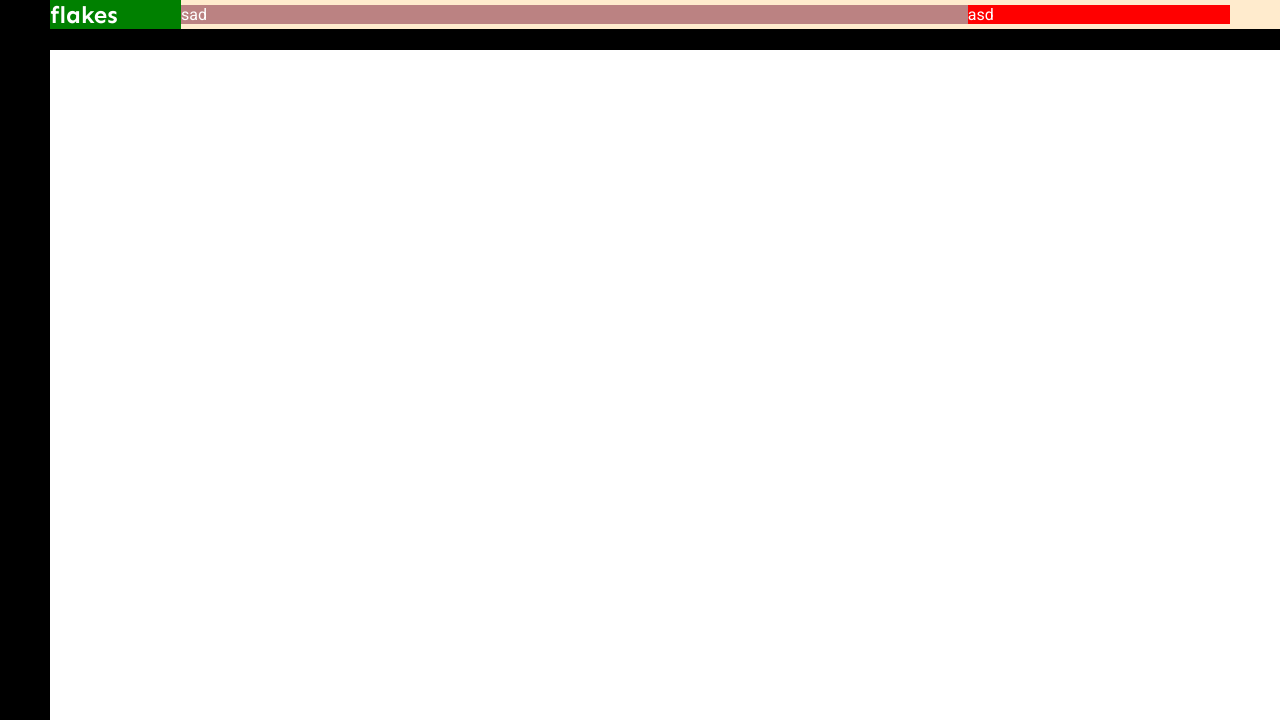
Repository: JulyK9/Movie-Website
Page: index.html
The author's editor kept a copy of each file at every save. The page is drawn from the files as they stood at one save, then again after the next save.
The browser window is 1280 px wide. The pictures show the whole page.

Above is the page before, as saved 2022-07-03 00:35:57.

After the next save:
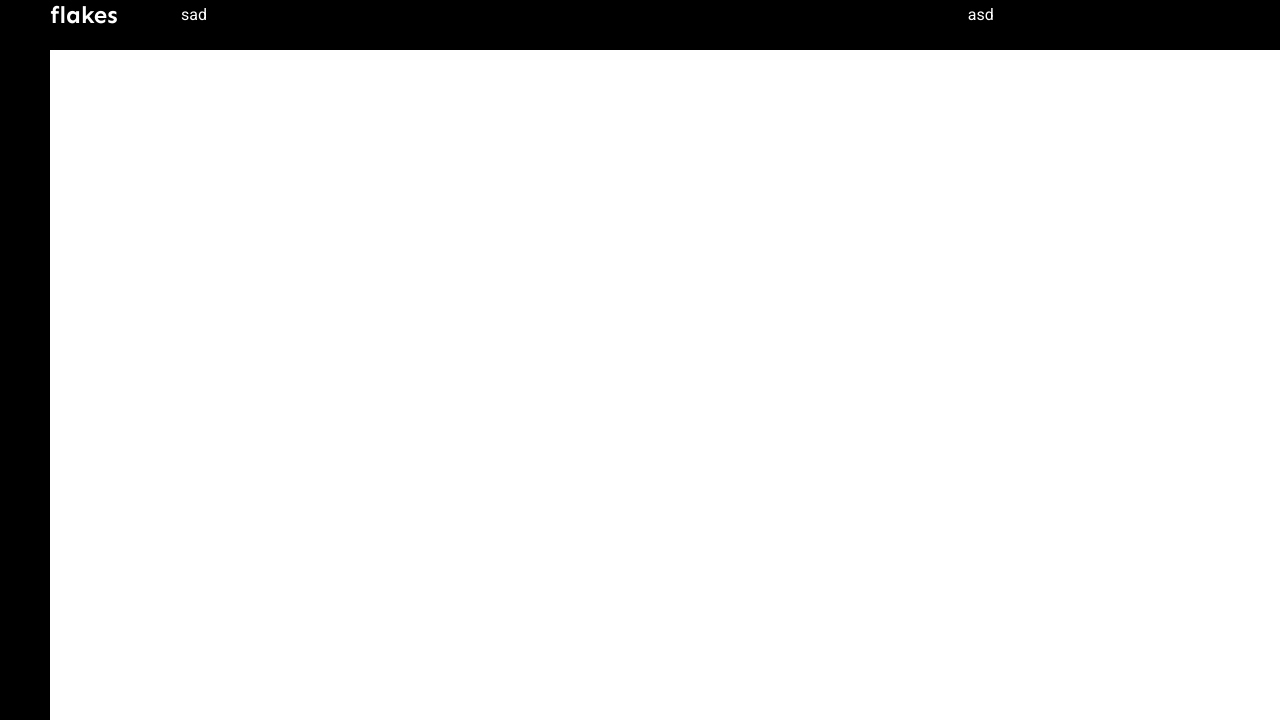
Saved 49 s later.
--- a/style.css
+++ b/style.css
@@ -17,14 +17,12 @@
 .navbar-container {
     display: flex;
     align-items: center;
-    background-color: blanchedalmond;
     padding: 0 50px;
     color: white;
 }
 
 .logo-container {
     flex: 1;
-    background-color: green;
 }
 
 .logo {
@@ -33,12 +31,10 @@
 
 .menu-container {
     flex: 6;
-    background-color: rgb(187, 130, 130);
 }
 
 .profile-container {
     flex: 2;
-    background-color: red;
 }
 
 .sidebar {
